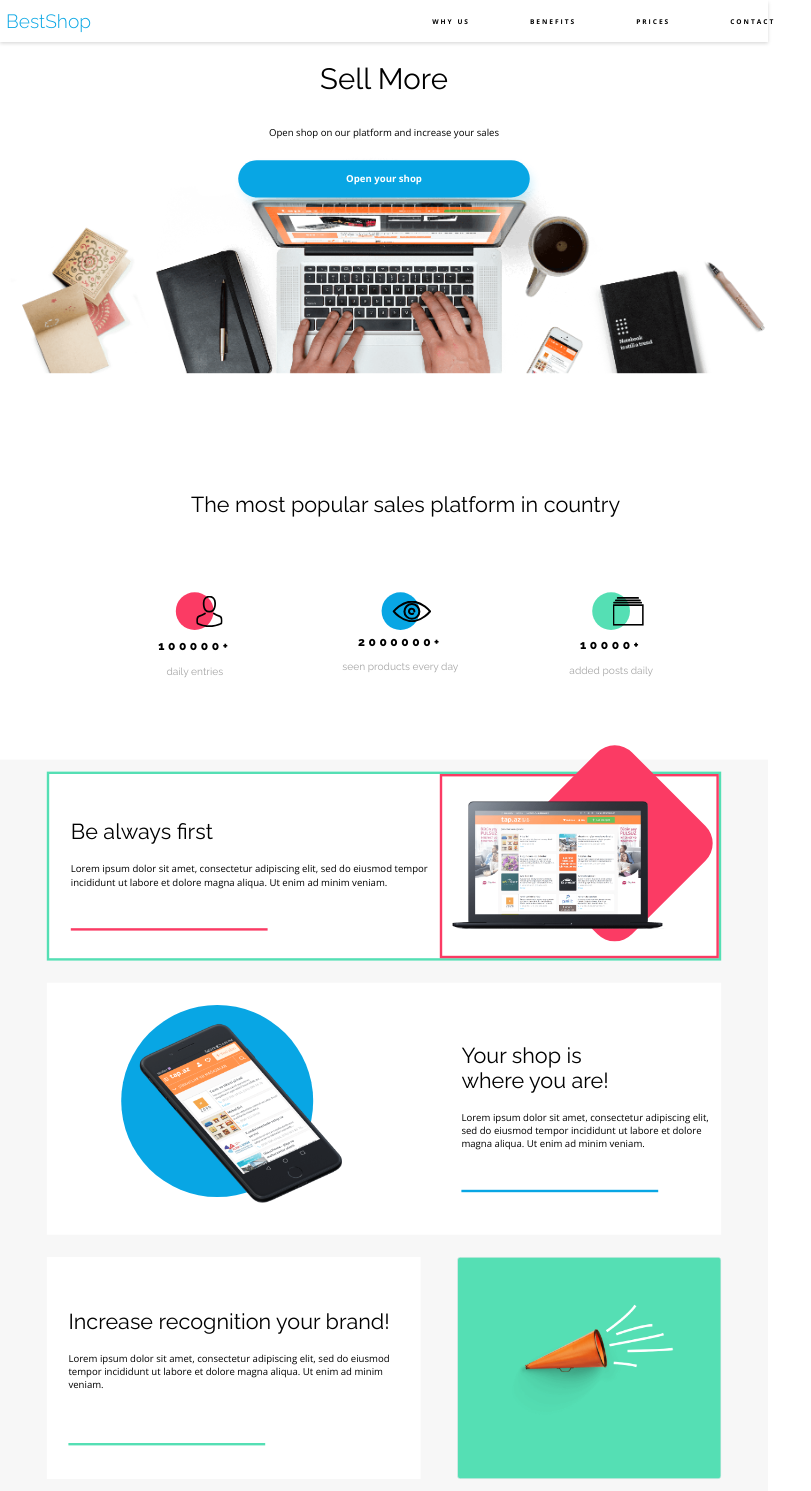
Repository: Widzisz/bestshop-website
Page: index.html
An editor plug-in stored every save of this project. The page is shown before and after the next save, followed by the edit.
The browser window is 1280 px wide. The page is 1352 px wide, so the pictures cover 1352 px, including what lies to the right of the window. The pictures show the whole page, at 60% of full size.

Above is the page before, as saved 2021-03-20 11:20:30.

After the next save:
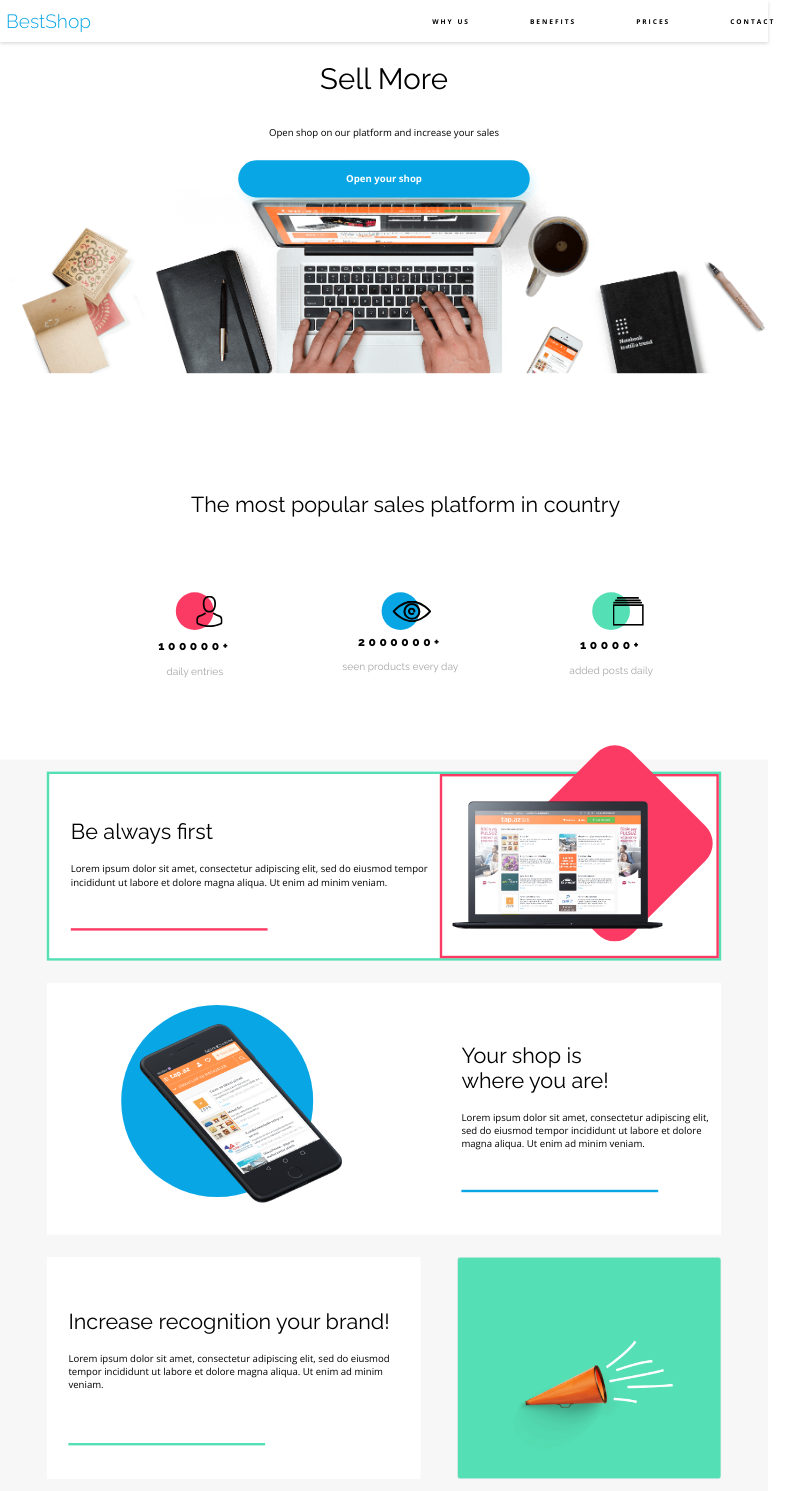
Saved 11 s later.
--- a/css/style.css
+++ b/css/style.css
@@ -445,7 +445,7 @@ body {
   height: 208px;
   background: transparent;
   position: relative;
-  top: center;
+  top: 60px;
   right: 80px;
   z-index: 1;
 }
